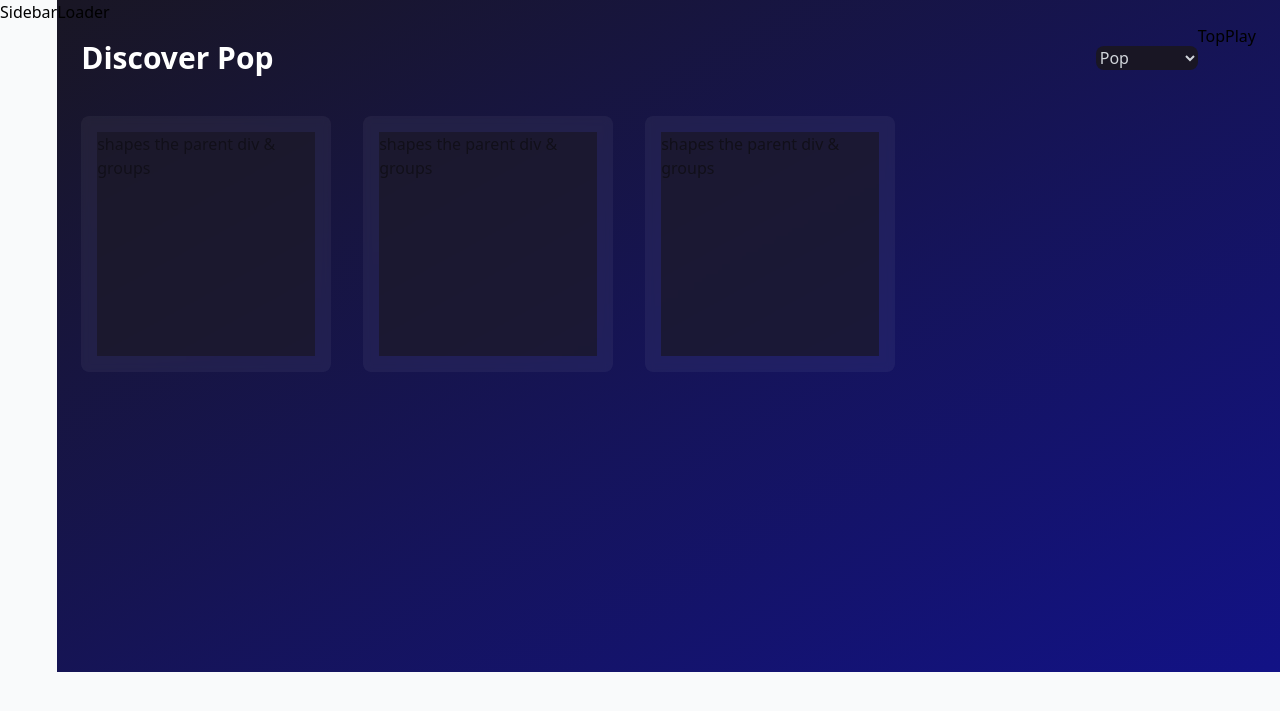
Repository: Chris24T/Dotify
Page: /
These files come from the project's save history. The page is drawn as it stood at one moment and after the next save; the edit follows.
The browser window is 1280 px wide. The pictures show the whole page.
The project was rebuilt for these pictures with package versions that can differ from the ones it lists, and the page was loaded fresh each time. Also part of the build but not shown: vite.config.js, src/components/PlayPause.jsx, src/components/ArtistCard.jsx, src/components/DetailsHeader.jsx, src/components/SongBar.jsx, src/components/RelatedSongs.jsx, src/components/MusicPlayer/Controls.jsx, src/components/MusicPlayer/Player.jsx and 13 more.

Above is the page before, as saved 2022-12-03 21:56:46.

After the next save:
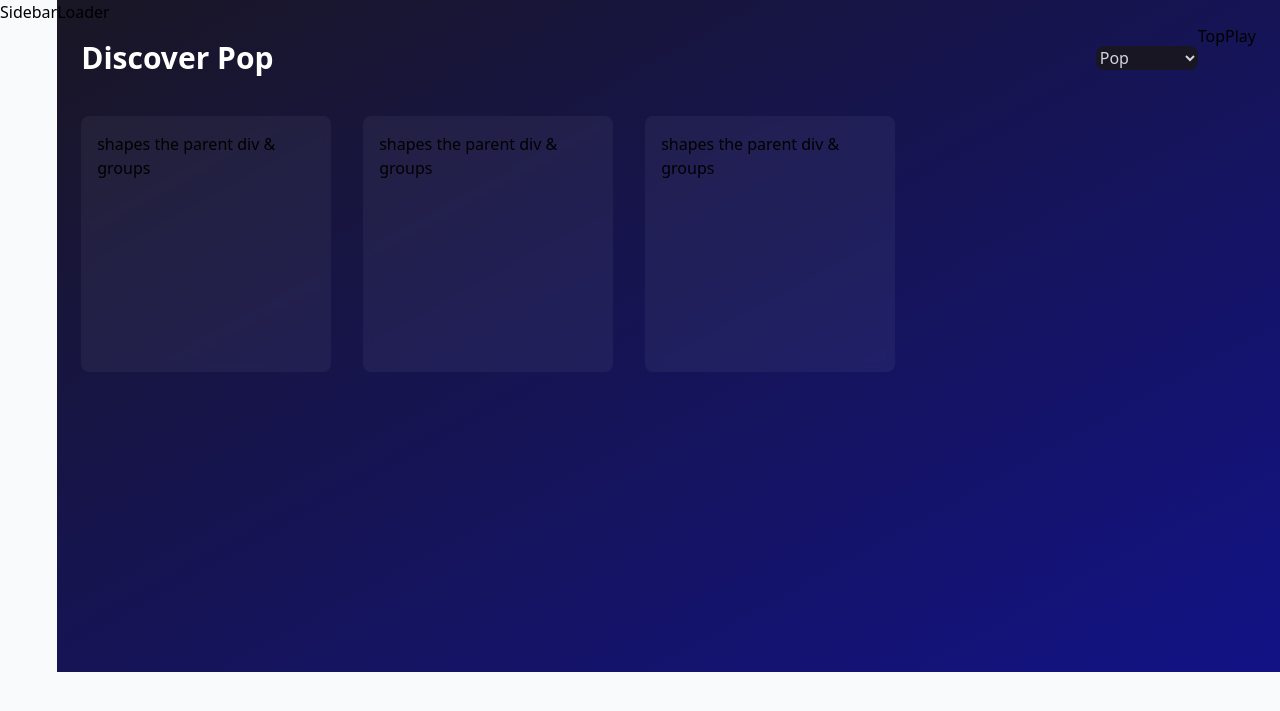
Saved 4 s later.
--- a/src/components/SongCard.jsx
+++ b/src/components/SongCard.jsx
@@ -17,7 +17,7 @@
         <div
           className={`absolute inset-0 justify-center items-center
           bg-black bg-opacity-50 group-hover:flex ${
-            activeSong?.title === song.title
+            activeSong?.title !== song.title
               ? 'flex bg-black bg-opacity-70'
               : 'hidden'
           }`}

After the save that followed:
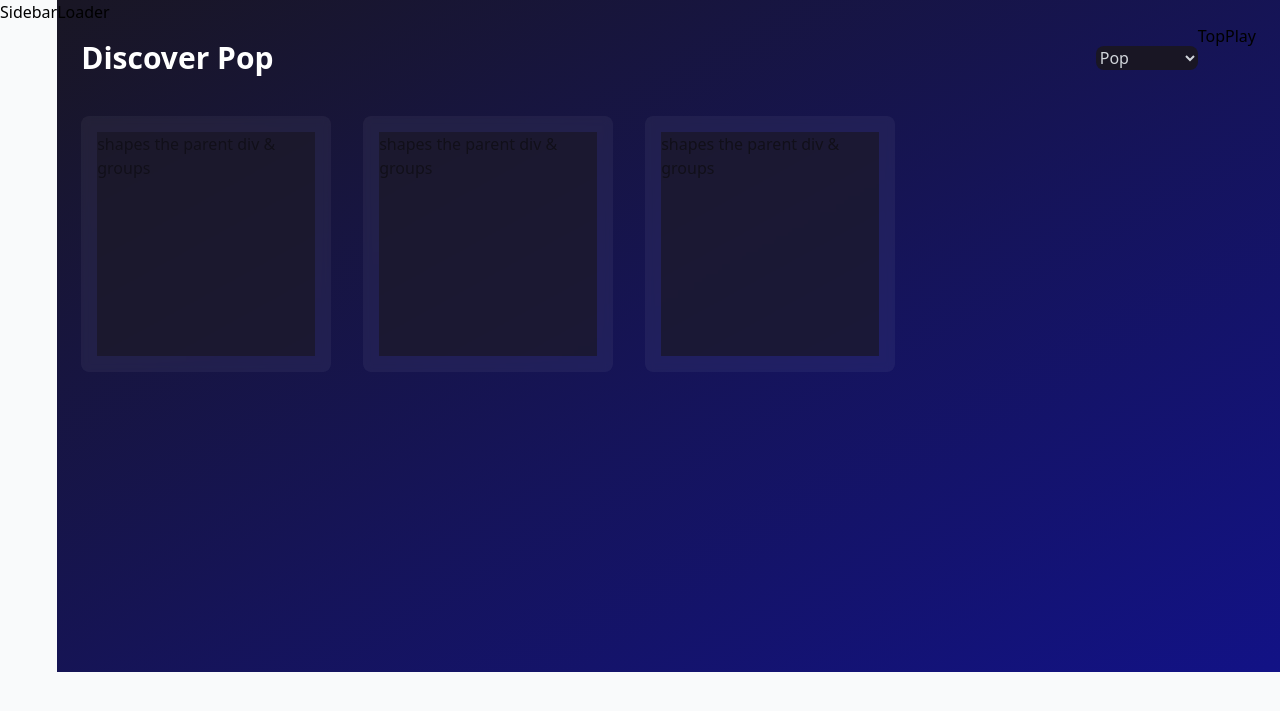
Saved 6 s later.
--- a/src/components/SongCard.jsx
+++ b/src/components/SongCard.jsx
@@ -17,7 +17,7 @@
         <div
           className={`absolute inset-0 justify-center items-center
           bg-black bg-opacity-50 group-hover:flex ${
-            activeSong?.title !== song.title
+            activeSong?.title == song.title
               ? 'flex bg-black bg-opacity-70'
               : 'hidden'
           }`}
